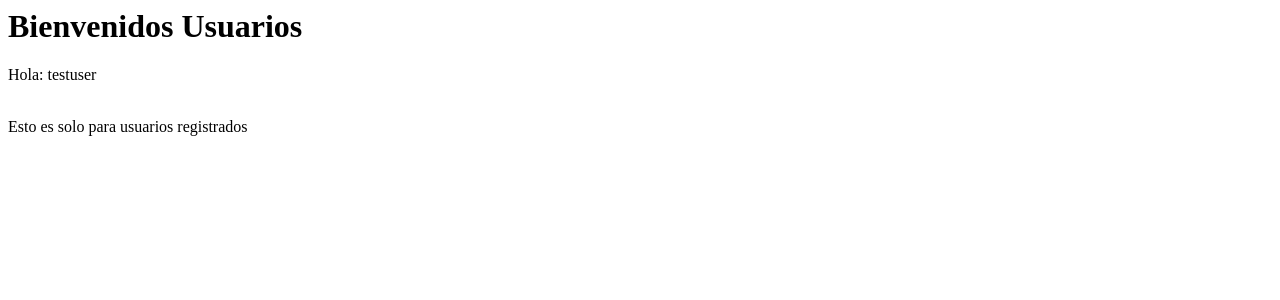
Repository: dasafo/PHP_MySQL_curso
Page: http://localhost/UsuariosRegistrados1.php
These files come from the project's save history. The page is drawn as it stood at one moment and after the next save; the edit follows.
The browser window is 1280 px wide. The pictures show the whole page.
The page is run by PHP 8.4 with error messages shown; the project is at /var/www/html/. The session is filled in as if someone had signed in: {"usuario": "testuser"}. Other server files are loaded and not shown.

Above is the page before, as saved 2018-11-09 17:17:37.

### SistemaLogin_39/UsuariosRegistrados1.php
<!DOCTYPE HTML PUBLIC "-//W3C//DTD HTML 4.01 Frameset//EN">
<html>
<head>
<meta http-equiv="Content-Type" content="text/html; charset=UTF-8">
<title>Insert title here</title>
</head>

<body>

	<?php

	   session_start(); //reanudamos la sesión

	   if(!isset($_SESSION["usuario"])){ //lo hacemos para que no se pueda pegar esta pagina en otro navegador y poder entrar sin pasar por Password

	       header("Location:Login.php");
	   }


	?>

   <h1>Bienvenidos Usuarios</h1>

   <?php

    echo "Hola: " . $_SESSION["usuario"] . "<br><br>";

   ?>
   <p>Esto es solo para usuarios registrados</p>

</body>

</html>

After the next save:
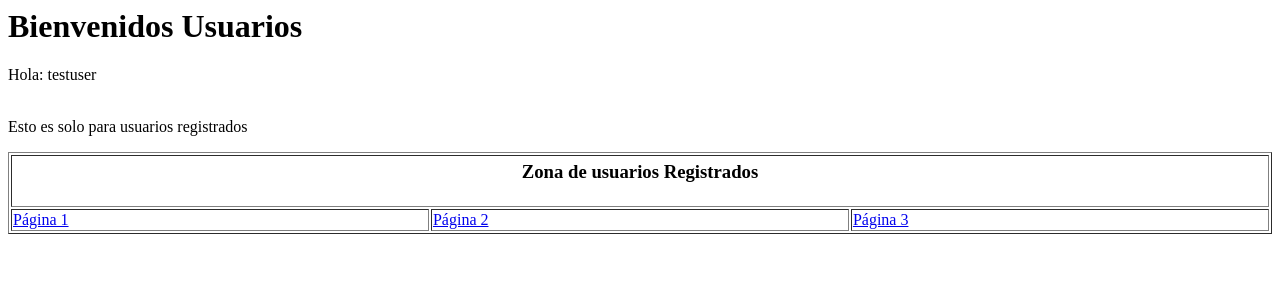
Saved 27 min 45 s later.
--- a/SistemaLogin_39/UsuariosRegistrados1.php
+++ b/SistemaLogin_39/UsuariosRegistrados1.php
@@ -28,6 +28,26 @@
    ?>
    <p>Esto es solo para usuarios registrados</p>
 
+
+
+   <table style="width: 100%;" border="1">
+      <tbody>
+        <tr align="center">
+          <td rowspan="1" colspan="3" style="height: 52px;">
+            <h3>Zona de usuarios Registrados</h3>
+          </td>
+        </tr>
+        <tr>
+          <td><a href="file:///home/david/Documents/PHP/Curso/SistemaLogin_39/UsuariosRegistrados2.php">Página
+              1</a></td>
+          <td><a href="file:///home/david/Documents/PHP/Curso/SistemaLogin_39/UsuariosRegistrados3.php">Página
+              2</a></td>
+          <td><a href="file:///home/david/Documents/PHP/Curso/SistemaLogin_39/UsuariosRegistrados4.php">Página
+              3</a></td>
+        </tr>
+      </tbody>
+    </table>
+
 </body>
 
 </html>
